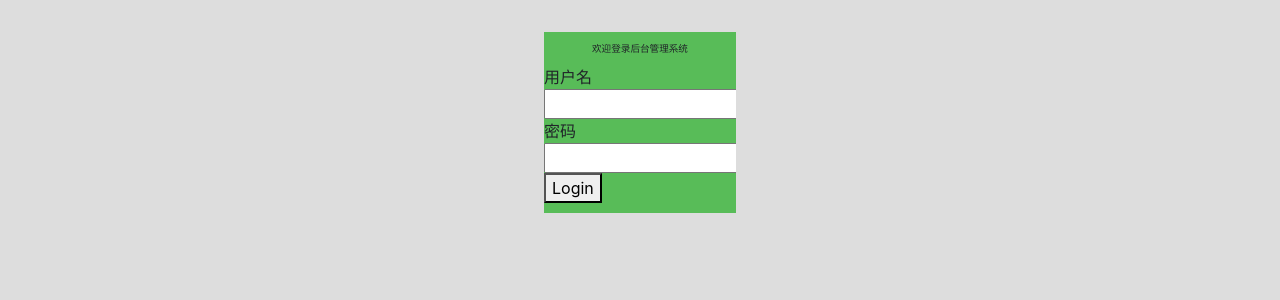
Repository: Rayfang0719/Vue-admin
Page: /
An editor plug-in stored every save of this project. The page is shown before and after the next save, followed by the edit.
The browser window is 1280 px wide. The pictures show the whole page.
The project was rebuilt for these pictures with package versions that can differ from the ones it lists, and the page was loaded fresh each time. Also part of the build but not shown: vue.config.js.

Above is the page before, as saved 2019-05-11 10:47:42.

### public/index.html
<!DOCTYPE html>
<html lang="en">
  <head>
    <meta charset="utf-8">
    <meta http-equiv="X-UA-Compatible" content="IE=edge">
    <meta name="viewport" content="width=device-width,initial-scale=1.0">
    <link rel="icon" href="<%= BASE_URL %>favicon.ico">
    <title>secco-admin</title>
    <style>
    html,body{
      width:100%;
      height:100%;
    }

    </style>
  </head>
  <body>

    <div id="app"></div>
    <!-- built files will be auto injected -->
  </body>
</html>

### src/main.js
import Vue from 'vue'
import App from './App.vue'
import router from './router/router'
import store from './store'

// import axios from "axios";
// Vue.prototype.$axios = axios;

// import bootstrap lib to the project,没有路径就会直接去找node_modules
import "bootstrap";

import 'lib-flexible';
Vue.config.productionTip = false

new Vue({
  router,
  store,
  render: h => h(App)
}).$mount('#app')

### src/App.vue
<template>
  <div id="app">

    <router-view/>
  </div>
</template>
<script>
export default {

}
</script>

<style>
@import  '../node_modules/bootstrap/dist/css/bootstrap.css';

#app{
  height:100%;
  width:100%;
  background-color: #ddd;
  overflow:hidden;
}
</style>

### src/router/router.js
import Vue from 'vue'
import Router from 'vue-router'
import Login from '../pages/login.vue'


Vue.use(Router)

export default new Router({
  mode: 'history',
  base: process.env.BASE_URL,
  routes: [
    {
      path: '/',
      name: 'Login',
      component: Login
    },
    {
      path: '/admin',
      name: 'admin',
      meta: {
        requireAuth: true
      },
      // route level code-splitting
      // this generates a separate chunk (about.[hash].js) for this route
      // which is lazy-loaded when the route is visited.
      component: () => import(/* webpackChunkName: "about" */ '../pages/admin/admin.vue'),
      children: [
        {
          path: 'goods',
          name: 'goods',
          title: '商品管理',
          component: () => import('../pages/admin/goods/goods'),//路径要自己改
          children:[
            {
              path: 'list',
              name: 'list',
              title: '商品列表',
              component: () => import('../pages/admin/goods/list'),//路径要自己改
            },
            {
              path: 'categories',
              name: 'categories',
              title: '商品分类',
              component: () => import('../pages/admin/goods/categories'),//路径要自己改
            },
            {
              path: 'addgoods',
              name: 'addgoods',
              title: '添加商品',
              component: () => import('../pages/admin/goods/addgoods'),//路径要自己改
            },
          ]
        },
        {
          path: 'users',
          name: 'users',
          title: '用户管理',
          component: () => import('../pages/admin/users/users'),//路径要自己改
          children:[
            {
              path: 'list',
              name: 'list',
              title: '用户列表',
              component: () => import('../pages/admin/users/list'),//路径要自己改
            },
            {
              path: 'adduser',
              name: 'adduser',
              title: '添加用户',
              component: () => import('../pages/admin/users/adduser'),//路径要自己改
            },

          ]
        },
      ]
    }
  ]
})

### src/store/index.js
import Vue from 'vue'
import Vuex from 'vuex'
import createPersistedState from 'vuex-persistedstate'

Vue.use(Vuex)

/* eslint-disable no-new */
const store = new Vuex.Store({
  plugins: [createPersistedState()],
  modules: {
  }
})

export default store

### src/pages/login.vue
<template>
<div class="login">
    <h3>欢迎登录后台管理系统</h3>
    <div class="login-form">
        <div>
            <span>用户名</span>
            <input type="text" id="username">
        </div>
        <div>
              <span>密码</span>
            <input type="password" id="password">
        </div>
        <div>
            <button>Login</button>
        </div>
    </div>


</div>
</template>
<script>
export default {

}
</script>
<style lang="scss" scoped>
.login{
    margin: 2rem auto;
    overflow:hidden;
    width: 12rem;
    height:11.333333rem;
    /* height:5rem; */
    background-color:#58bc58;
    padding-top:.013333rem;
    h3{
        margin: .666667rem auto;
        text-align: center;
        font-size: .6rem;
        font-weight: 500;
    }

}
</style>

After the next save:
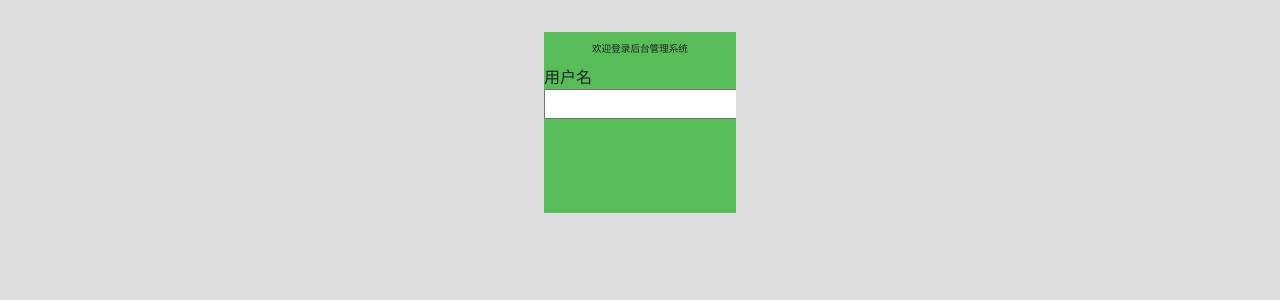
Saved 23 s later.
--- a/src/pages/login.vue
+++ b/src/pages/login.vue
@@ -38,6 +38,9 @@
         font-size: .6rem;
         font-weight: 500;
     }
+    .login-form{
+        display:flex;
+    }
 
 }
 </style>

After the save that followed:
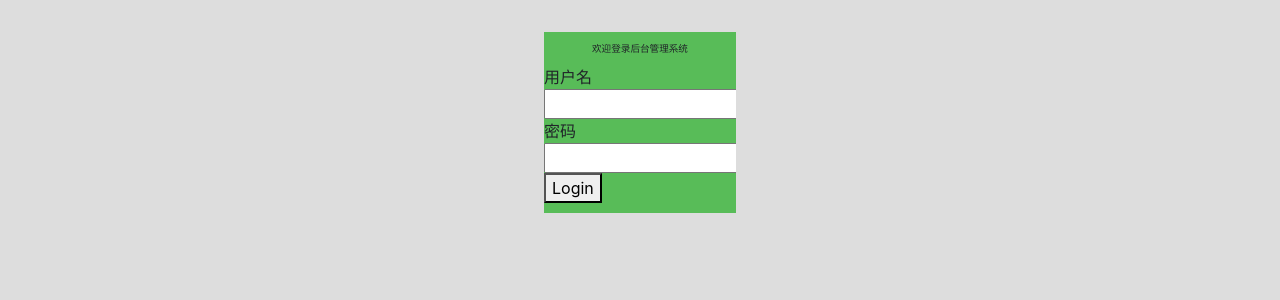
Saved 10 s later.
--- a/src/pages/login.vue
+++ b/src/pages/login.vue
@@ -40,6 +40,8 @@
     }
     .login-form{
         display:flex;
+        flex-direction:column;
+
     }
 
 }
